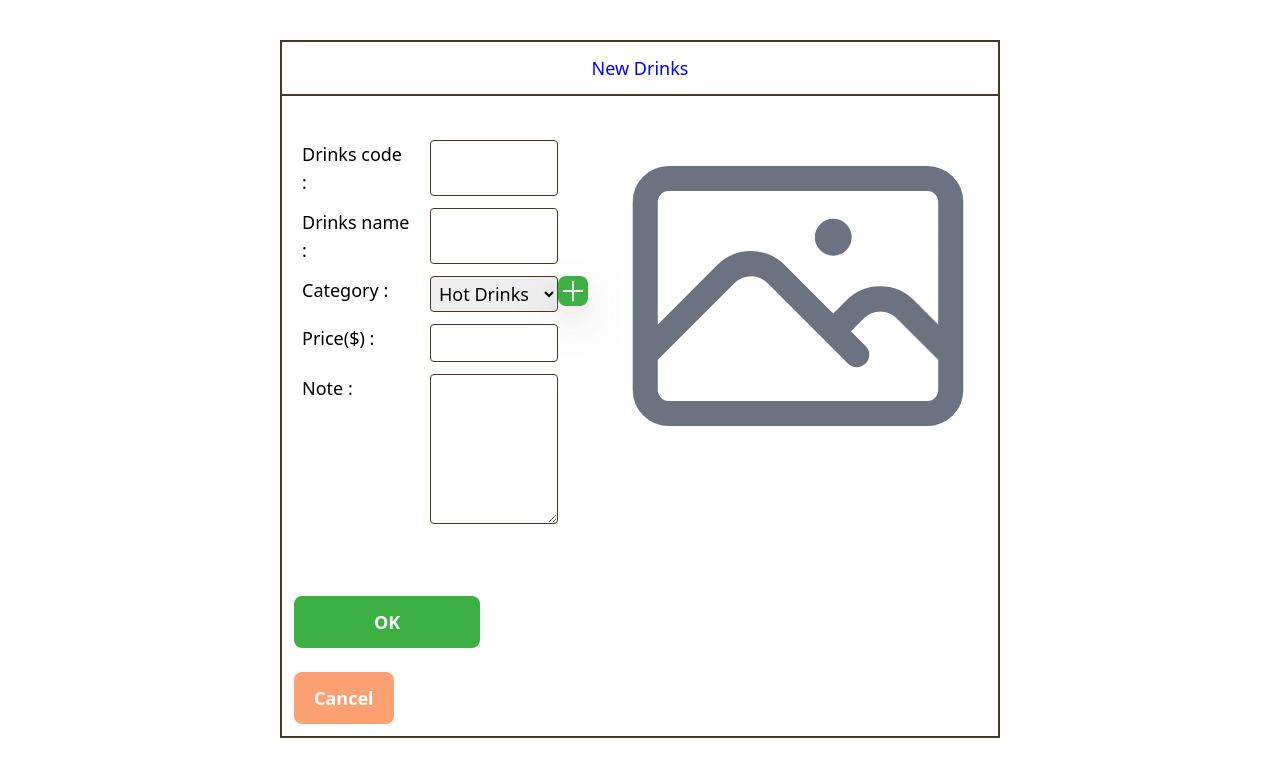
Repository: Dapravith/Midterm-SE-GIC-Cafe-Project-Group16
Page: bin/main/templates/addDrink.html
These files come from the project's save history. The page is drawn as it stood at one moment and after the next save; the edit follows.
The browser window is 1280 px wide. The pictures show the whole page.
The pointer rests on the first visible `button`.
Some web libraries are served in a nearby version.

Above is the page before, as saved 2023-05-17 08:37:46.

After the next save:
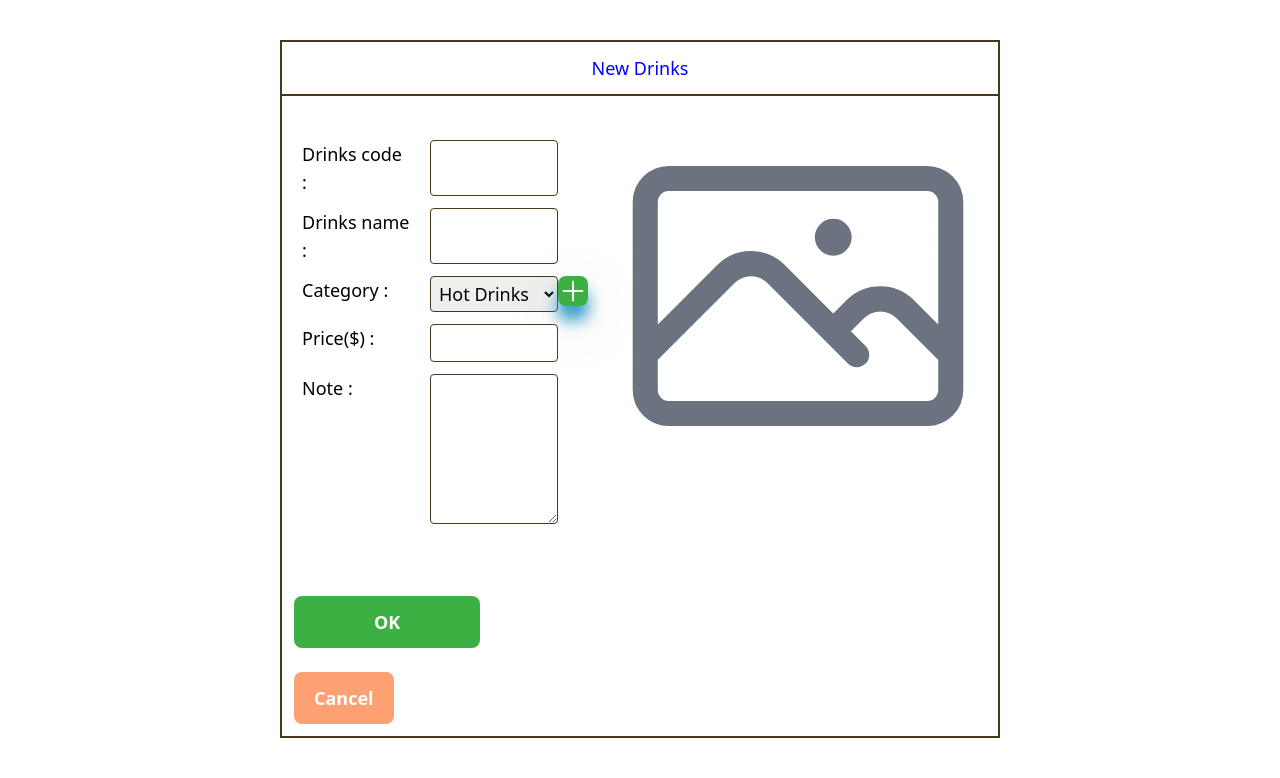
Saved 58 s later.
--- a/bin/main/templates/addDrink.html
+++ b/bin/main/templates/addDrink.html
@@ -15,7 +15,7 @@
         }
 
         button:hover {
-            box-shadow: 0 12px 16px 0 rgba(228, 209, 209, 0.24), 0 17px 50px 0 rgba(90, 81, 81, 0.19);
+            box-shadow: 0 14px 15px 0 rgba(36, 149, 198, 0.921), 0 17px 60px 0 rgba(90, 81, 81, 0.19);
         }
 
         .text-center {
